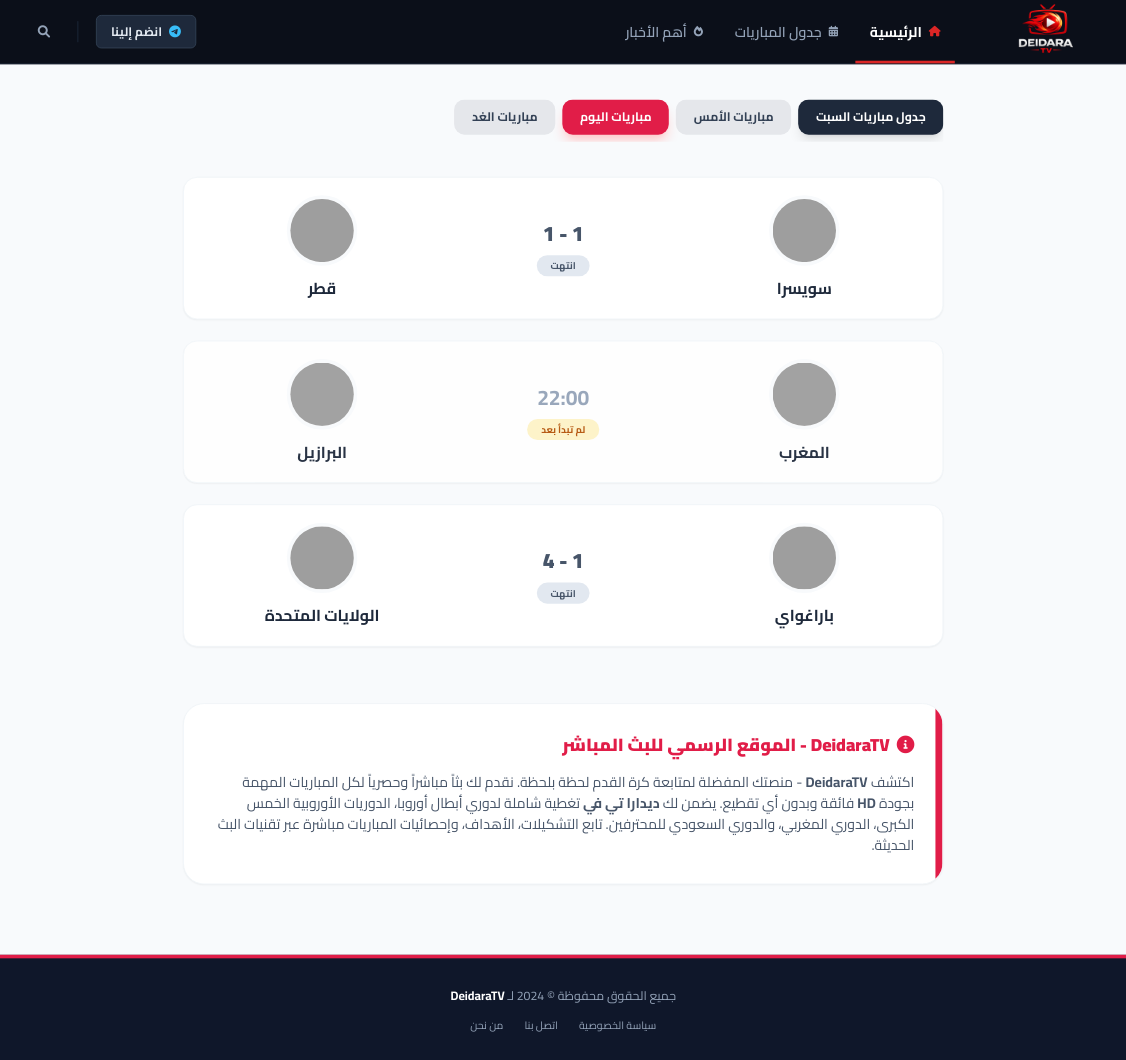
Repository: zakariax05/deidaraTV
Page: index.html
These files come from the project's save history. The page is drawn as it stood at one moment and after the next save; the edit follows.
The browser window is 1280 px wide. The pictures show the whole page, at 88% of full size.
Pictures or frames that could not be fetched are drawn as grey boxes. Some web libraries are served in a nearby version.

Above is the page before, as saved 2026-06-14 03:54:59.

After the next save:
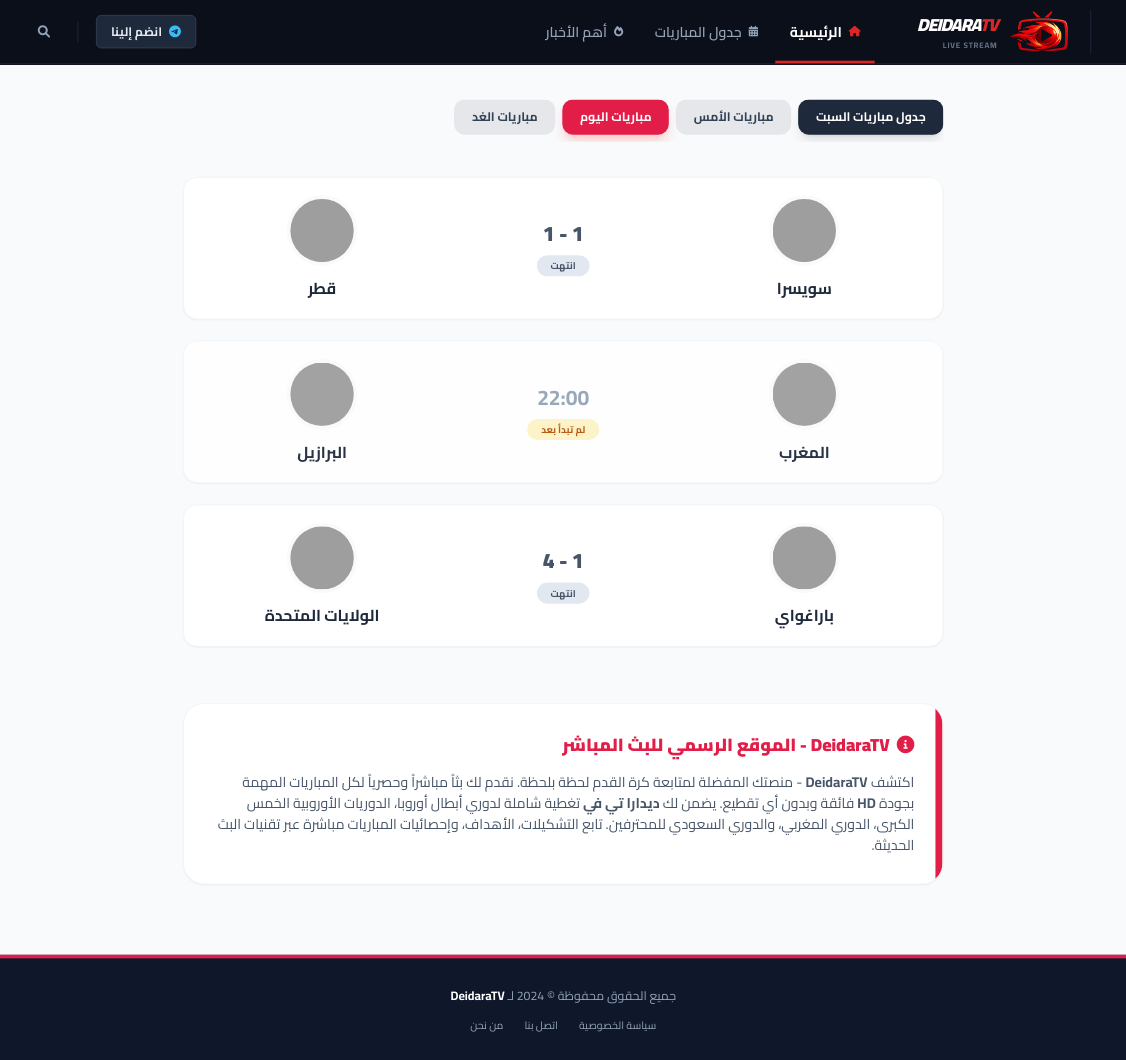
Saved 63 s later.
--- a/index.html
+++ b/index.html
@@ -47,9 +47,18 @@
 
         <div class="flex items-center gap-8 lg:gap-12">
           <div onclick="window.location.reload()"
-            class="flex items-center gap-3 cursor-pointer group select-none relative z-50">
-            <img src="imgs/logo-deidaratv.png" alt="DeidaraTV Logo"
-              class="h-[100px] md:h-[115px] w-auto object-contain transition-opacity hover:opacity-80">
+            class="flex items-center gap-3 cursor-pointer group border-r border-slate-800 pr-3 mr-1 md:pr-4 md:mr-2 select-none transition-all active:scale-95">
+
+            <img src="imgs/icon.png" alt="DeidaraTV Logo"
+              class="h-[30px] md:h-[50px] w-auto object-contain transition-opacity group-hover:opacity-80">
+
+            <div class="hidden sm:flex flex-col">
+              <h1 class="text-lg md:text-xl font-black italic tracking-tighter uppercase leading-none text-white">
+                Deidara<span class="text-red-600">TV</span>
+              </h1>
+              <span class="text-[9px] font-bold text-slate-500 tracking-widest uppercase mt-0.5">Live
+                Stream</span>
+            </div>
           </div>
 
           <nav class="hidden lg:flex items-center gap-1 h-full">
